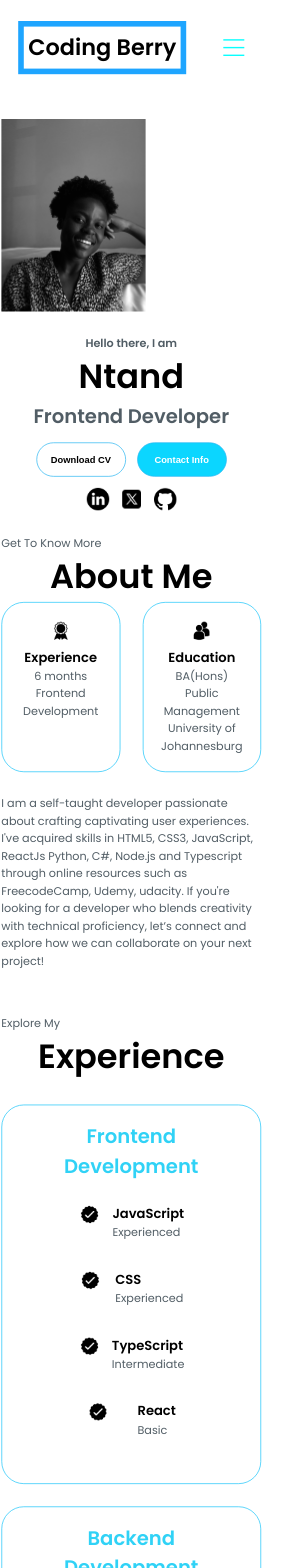
Repository: ntandomagana/FS-Dev-Portfolio
Page: index.html
The author's editor kept a copy of each file at every save. The page is drawn from the files as they stood at one save, then again after a run of saves.
The browser window is 375 px wide. The page is 433 px wide, then 402 px, so the pictures cover 433 px, including what lies to the right of the window. The pictures show the part of the page from y = 0 to 2240 px (the page is 4686 px tall before and 4446 px after), at 70% of full size.

Above is the page before, as saved 2024-05-06 11:25:07.

After the next 4 saves:
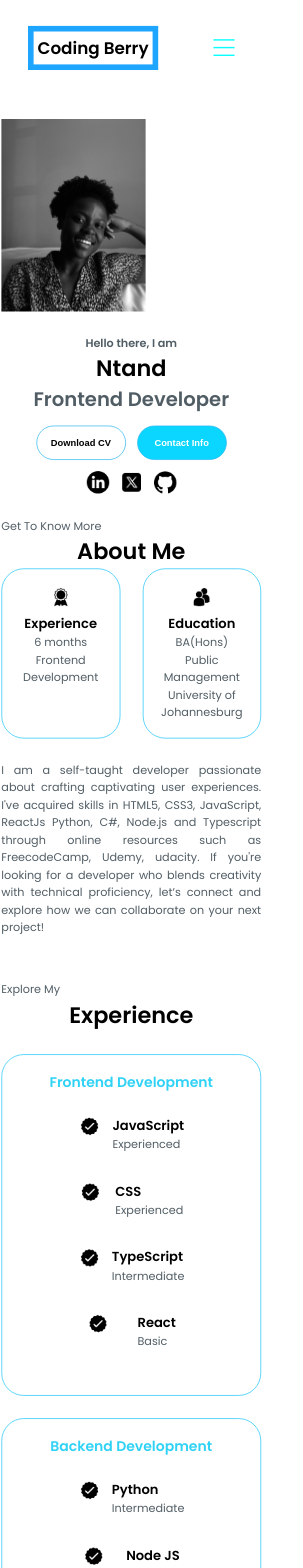
The 4 saves are shown as one change because they came seconds apart.
The last was saved 56 s later.
--- a/mediaqueries.css
+++ b/mediaqueries.css
@@ -89,6 +89,33 @@
 
   .contact-info-container p,
   .nav-links li a {
+    font-size: 1rem;
+  }
 
+  .experience-sub-title {
+    font-size: 1.25rem;
+  }
+  .logo {
+    font-size: 1.5rem;
+  }
+  .nav-links {
+    flex-direction: column;
+    gap: 0.5rem;
+    text-align: center;
+  }
+  .section__pic-container {
+    width: auto;
+    height: 46vw;
+    justify-content: center;
+  }
+  .section__text__p2 {
+    font-size: 1.25rem;
+  }
+  .title {
+    font-size: 2rem;
+  }
+  .text-container {
+    text-align: justify;
   }
 }
+}
